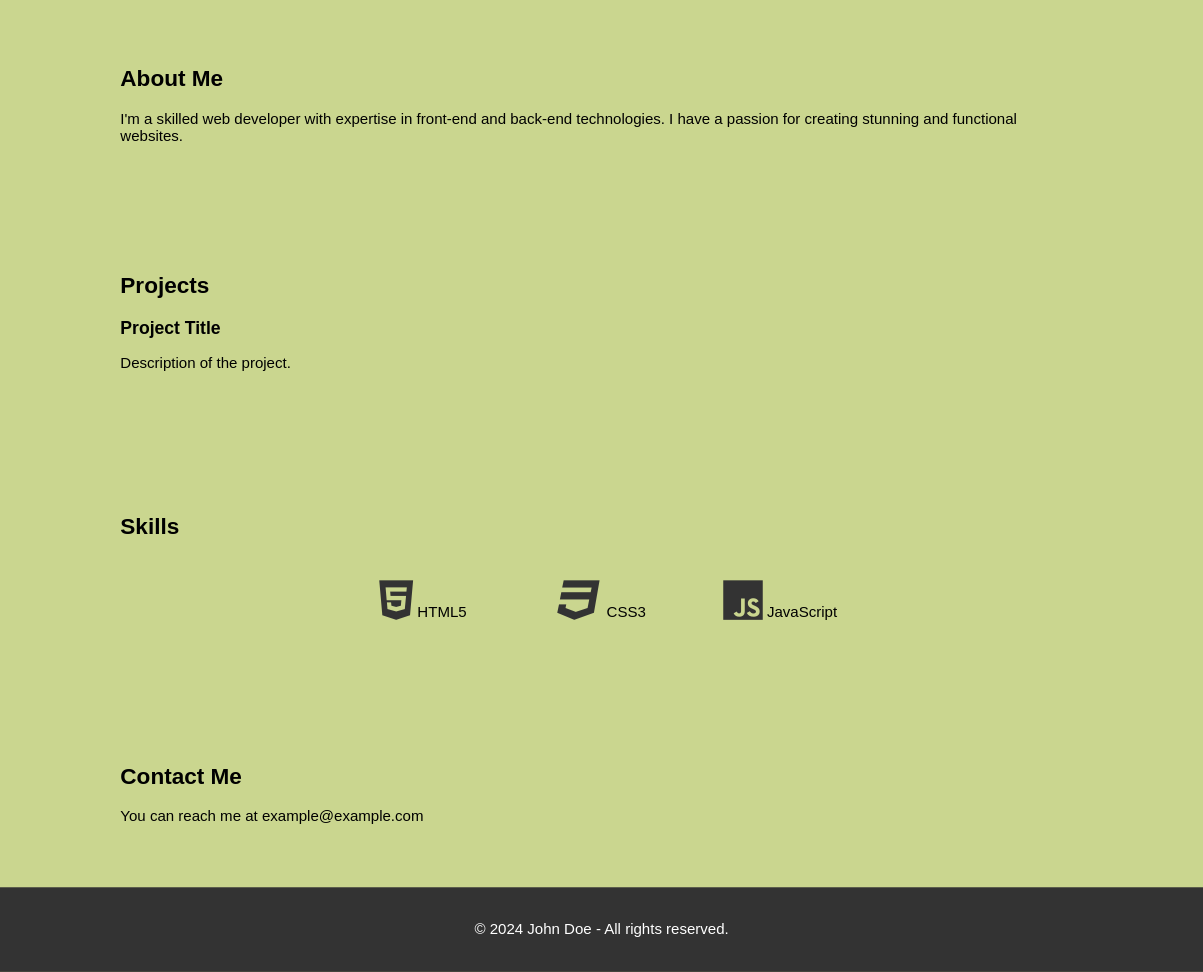
Repository: JaswanthT1/Portfolio
Page: index.html
An editor plug-in stored every save of this project. The page is shown before and after a run of saves, followed by the edit.
The browser window is 1280 px wide. The pictures show the part of the page from y = 718 to 1752 px (the page is 1752 px tall), at 94% of full size.

Above is the page before, as saved 2024-04-25 08:36:06.
Not found: script.js

### index.html
<!DOCTYPE html>
<html lang="en">
  <head>
    <meta charset="UTF-8" />
    <meta name="viewport" content="width=device-width, initial-scale=1.0" />
    <title>My Premium Portfolio</title>
    <link rel="stylesheet" href="style.css" />
    <link
      rel="stylesheet"
      href="https://cdnjs.cloudflare.com/ajax/libs/font-awesome/5.15.4/css/all.min.css"
    />
  </head>
  <body>
    <header>
      <div class="container">
        <h1>John Doe</h1>
        <nav>
          <ul>
            <li><a href="#about">About</a></li>
            <li><a href="#projects">Projects</a></li>
            <li><a href="#skills">Skills</a></li>
            <li><a href="#contact">Contact</a></li>
          </ul>
        </nav>
      </div>
    </header>

    <section id="hero">
      <div class="hero-content">
        <h2>Welcome to My Premium Portfolio</h2>
        <p>I'm a passionate developer ready to bring your projects to life.</p>
        <a href="#contact" class="btn">Hire Me</a>
      </div>
    </section>

    <section id="about">
      <div class="container">
        <h2>About Me</h2>
        <p>
          I'm a skilled web developer with expertise in front-end and back-end
          technologies. I have a passion for creating stunning and functional
          websites.
        </p>
      </div>
    </section>

    <section id="projects">
      <div class="container">
        <h2>Projects</h2>
        <div class="project">
          <h3>Project Title</h3>
          <p>Description of the project.</p>
        </div>
        <!-- Add more projects here -->
      </div>
    </section>

    <section id="skills">
      <div class="container">
        <h2>Skills</h2>
        <div class="skills">
          <div class="skill">
            <i class="fab fa-html5"></i>
            <span>HTML5</span>
          </div>
          <div class="skill">
            <i class="fab fa-css3"></i>
            <span>CSS3</span>
          </div>
          <div class="skill">
            <i class="fab fa-js"></i>
            <span>JavaScript</span>
          </div>
          <!-- Add more skills here -->
        </div>
      </div>
    </section>

    <section id="contact">
      <div class="container">
        <h2>Contact Me</h2>
        <p>You can reach me at example@example.com</p>
      </div>
    </section>

    <footer>
      <div class="container">
        <p>&copy; 2024 John Doe - All rights reserved.</p>
      </div>
    </footer>

    <script src="script.js"></script>
  </body>
</html>

### style.css
/* Basic styles */

body {
  font-family: Arial, sans-serif;
  margin: 0;
  padding: 0;
  background-color: rgb(202, 214, 143);
}

.container {
  width: 80%;
  margin: 0 auto;
}

header {
  background-color: #333;
  color: #d72e2e;
  padding: 20px 0;
}

header h1 {
  margin: 0;
}

nav ul {
  list-style: none;
  padding: 0;
}

nav ul li {
  display: inline;
  margin-right: 20px;
}

nav ul li a {
  color: #fff;
  text-decoration: none;
}

section {
  padding: 50px 0;
}

/* Hero section styles */

#hero {
  background-image: url("hero-bg.jpg");
  background-size: cover;
  background-position: center;
  color: #fff;
  text-align: center;
  padding: 200px 0;
}

.hero-content {
  max-width: 600px;
  margin: 0 auto;
}

.hero-content h2 {
  font-size: 36px;
  margin-bottom: 20px;
}

.hero-content p {
  font-size: 18px;
  margin-bottom: 40px;
}

.btn {
  display: inline-block;
  background-color: #333;
  color: #fff;
  padding: 10px 20px;
  text-decoration: none;
  border-radius: 5px;
}

.btn:hover {
  background-color: #555;
}

/* Project section styles */

.project {
  margin-bottom: 30px;
}

.project h3 {
  margin-top: 0;
}

/* Skills section styles */

.skills {
  display: flex;
  flex-wrap: wrap;
  justify-content: center;
}

.skill {
  text-align: center;
  margin: 0 20px;
  padding: 20px 0;
  width: 150px;
}

.skill i {
  font-size: 48px;
  margin-bottom: 10px;
  color: #333;
}

/* Footer styles */

footer {
  background-color: #333;
  color: #fff;
  text-align: center;
  padding: 20px 0;
}

After the next 2 saves:
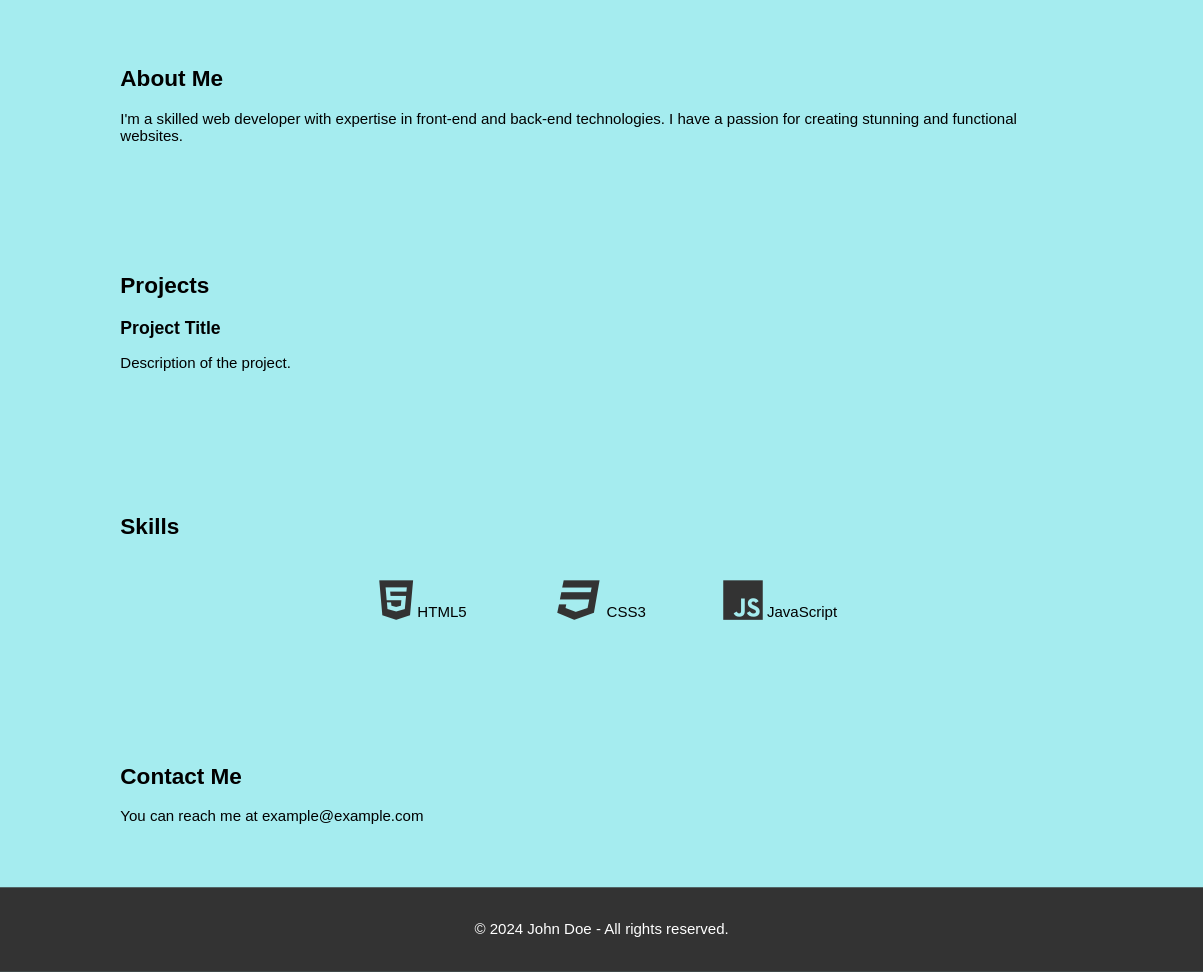
The 2 saves are shown as one change because they came seconds apart.
The last was saved 25 s later.
--- a/style.css
+++ b/style.css
@@ -4,7 +4,7 @@ body {
   font-family: Arial, sans-serif;
   margin: 0;
   padding: 0;
-  background-color: rgb(202, 214, 143);
+  background-color: rgb(165, 236, 239);
 }
 
 .container {
